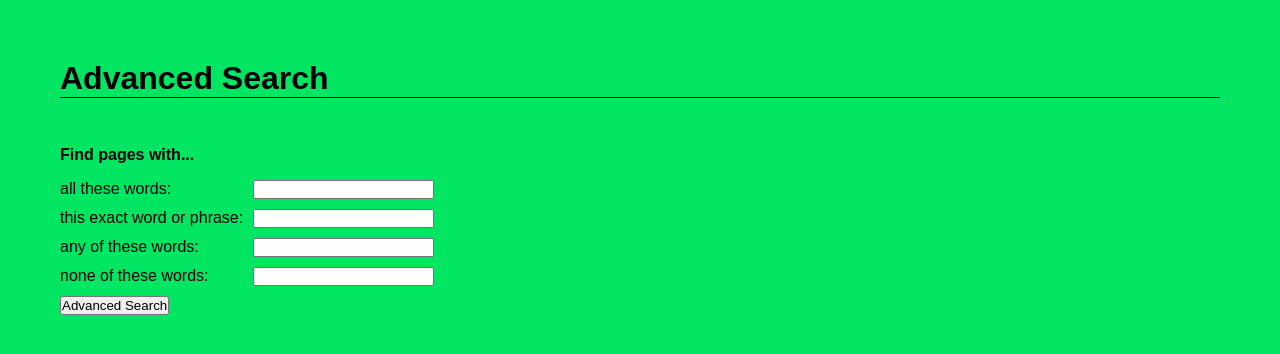
Repository: etentuk/search
Page: advanced_search.html
An editor plug-in stored every save of this project. The page is shown before and after a run of saves, followed by the edit.
The browser window is 1280 px wide. The pictures show the whole page.

Above is the page before, as saved 2021-11-04 23:10:22.

### advanced_search.html
<!DOCTYPE html>
<html lang="en">

<head>
    <title>Advanced Search</title>
    <link rel="stylesheet" href="styles.css">
</head>

<body>

    <div id="container">
        <div id="title">
            <h1>Advanced Search</h1>
        </div>
        <h4>Find pages with...</h4>
        <form action="https://google.com/search" class="form-example">
            <div style="display: table-row;">
                <div class="form-example">
                    <label for="as_q">all these words: </label>
                    <input type="text" id="as_q" name="as_q">
                </div>
                <div class="form-example">
                    <label for="as_epq">this exact word or phrase: </label>
                    <input type="text" id="as_epq" name="as_epq">
                </div>
                <div class="form-example">
                    <label for="as_oq">any of these words: </label>
                    <input type="text" id="as_oq" name="as_oq">
                </div>
                <div class="form-example">
                    <label for="as_eq">none of these words: </label>
                    <input type="text" id="as_eq" name="as_eq">
                </div>
            </div>
            <input type="submit" value="Advanced Search">
        </form>
    </div>
</body>

</html>

### styles.css
* {
  margin: 0;
  padding: 0;
  box-sizing: border-box;
}

form.form-example {
  display: table;
}

div.form-example {
  display: table-row;
}

label,
input {
  display: table-cell;
  margin-bottom: 10px;
}

label {
  padding-right: 10px;
}

#title {
  border-bottom: 1px solid black;
  /* border-width: 10px; */
}

#container {
  font-family: Arial, Helvetica, sans-serif;
  background-color: rgba(0, 230, 98);
  min-height: 100vh;
  padding: 60px;
}

#container h4 {
  padding: 3rem 0 1rem 0;
}

After the next 3 saves:
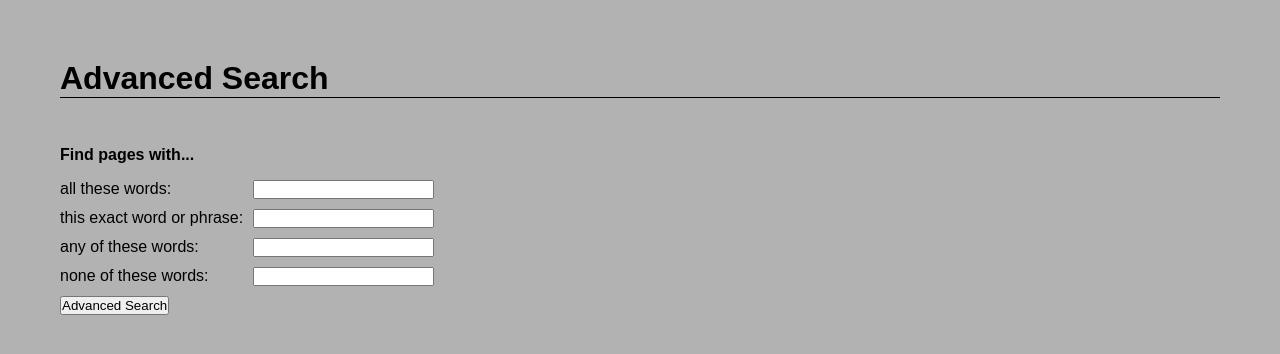
The 3 saves are shown as one change because they came seconds apart.
The last was saved 9 s later.
--- a/styles.css
+++ b/styles.css
@@ -29,7 +29,7 @@ label {
 
 #container {
   font-family: Arial, Helvetica, sans-serif;
-  background-color: rgba(0, 230, 98);
+  background-color: rgba(0, 0, 0, 0.3);
   min-height: 100vh;
   padding: 60px;
 }
